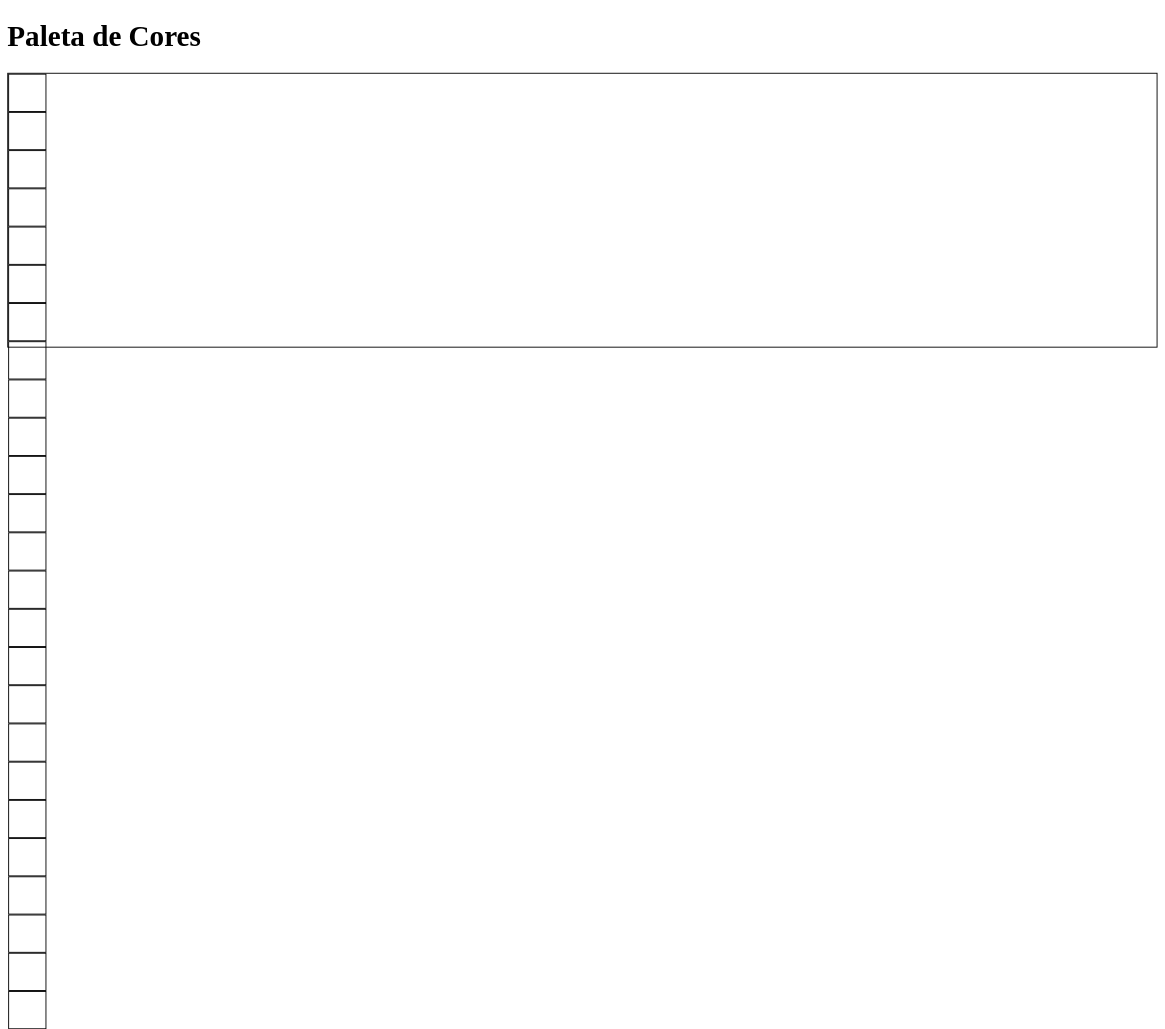
Repository: MuriloColleti/project-Pixer-Art
Page: index.html
These files come from the project's save history. The page is drawn as it stood at one moment and after the next save; the edit follows.
The browser window is 1280 px wide. The pictures show the whole page, at 91% of full size.

Above is the page before, as saved 2024-02-05 15:50:51.

After the next save:
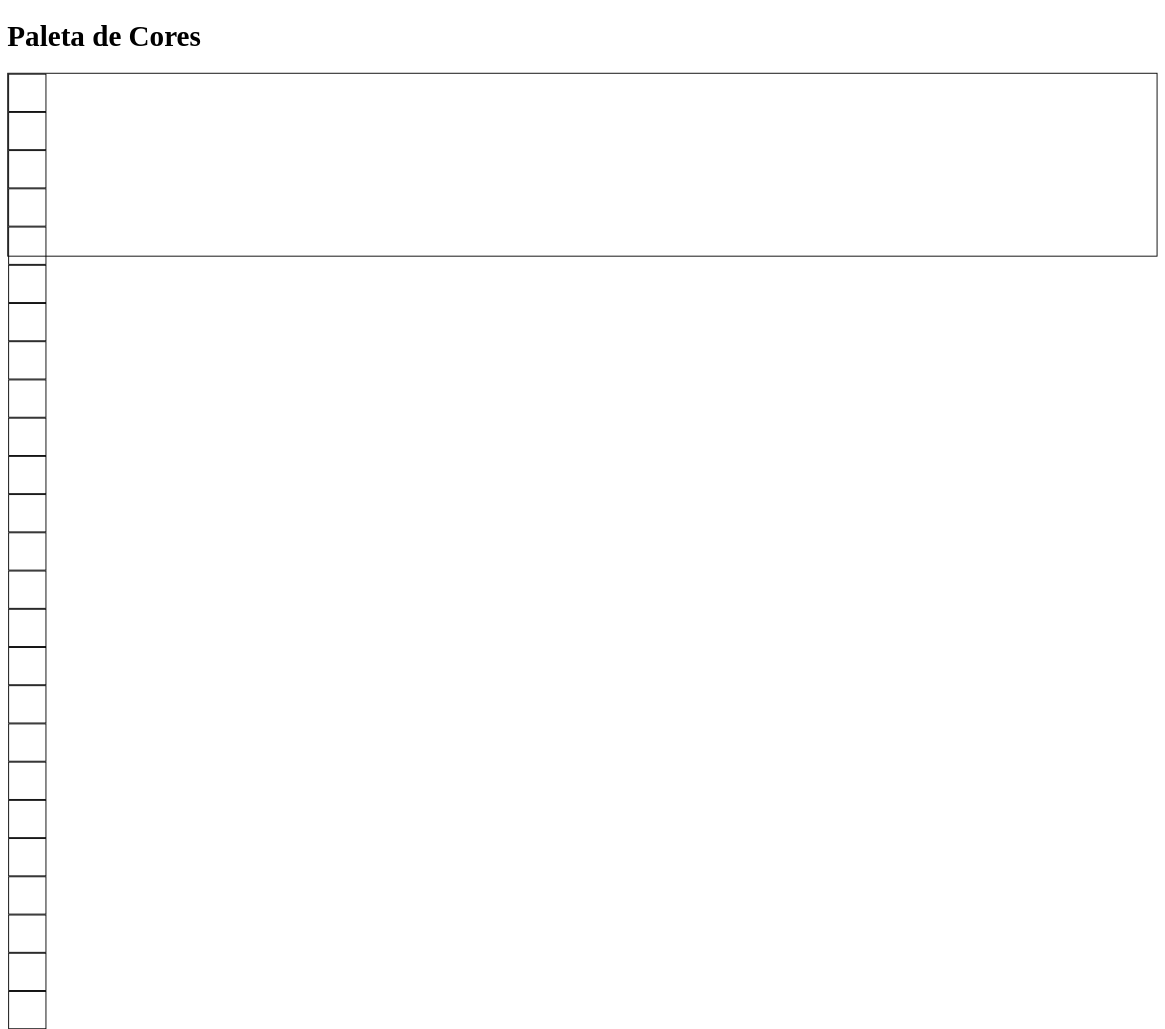
Saved 7 s later.
--- a/style.css
+++ b/style.css
@@ -22,7 +22,7 @@
 
 #pixel-board{
     border: 1px solid black;
-    height: 300px;
+    height: 200px;
 
     position: relative;
 }
